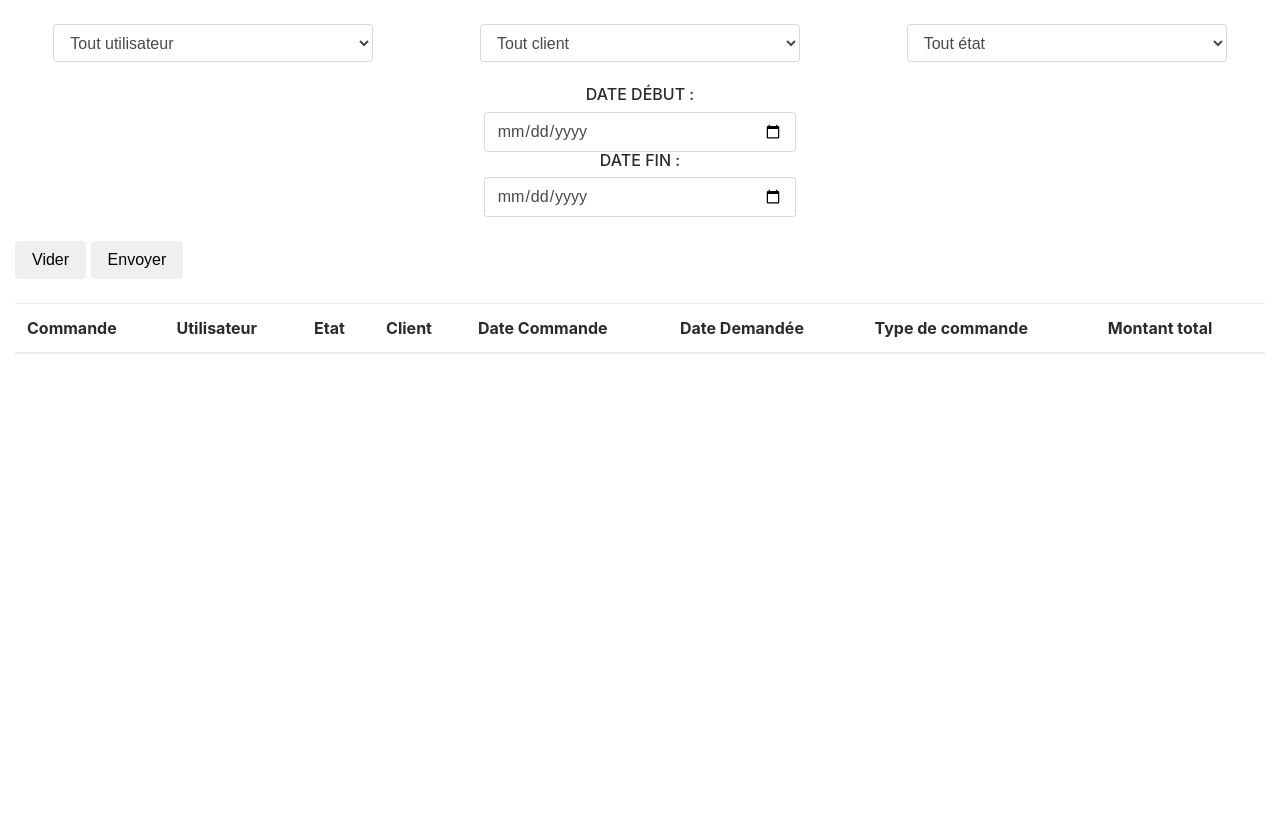
Repository: vmele/Cote
Page: http://localhost/PPE4_VMELE/reporting.jsp
An editor plug-in stored every save of this project. The page is shown before and after the next save, followed by the edit.
The browser window is 1280 px wide. The pictures show the whole page.
Some web libraries are served in a nearby version. The page is served by Tomcat 9. Queries for data that is not in the repository find no rows.

Above is the page before, as saved 2017-05-31 16:34:54.
Console error (its wording comes from the project's code and is left out).

After the next save:
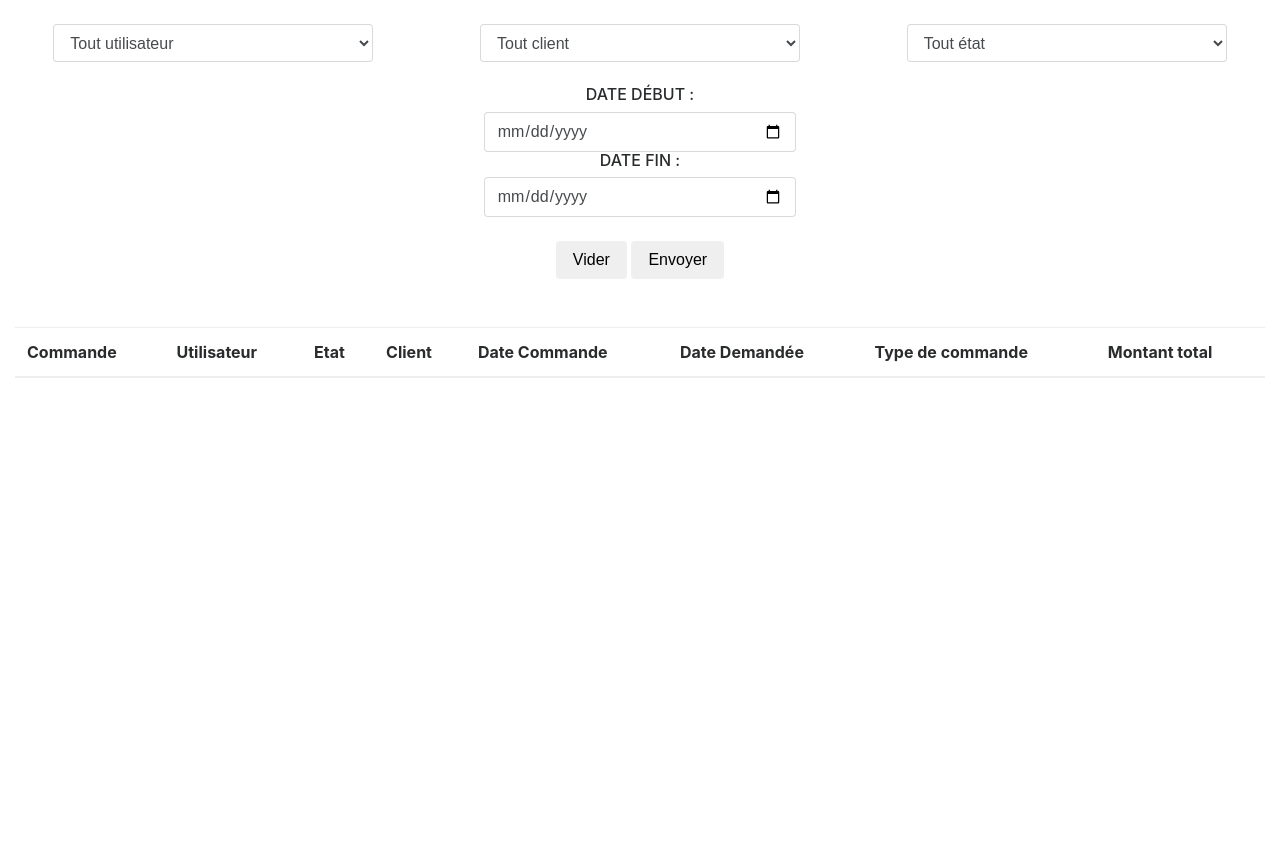
Saved 2 min 14 s later.
--- a/Workspace/PPE4_VMELE/WebContent/reporting.jsp
+++ b/Workspace/PPE4_VMELE/WebContent/reporting.jsp
@@ -58,9 +58,10 @@
 		</div>
 </div>
 		<br>
+		<div class ="col-md-12  text-center">
 		<button id="searchListe" onclick="sendInfos()" type="button"
 			class="btn">Vider</button> <button id="searchListe" onclick="sendInfos()" type="button"
-			class="btn">Envoyer</button>
+			class="btn">Envoyer</button></div>
 		<br> <br>
 
 
